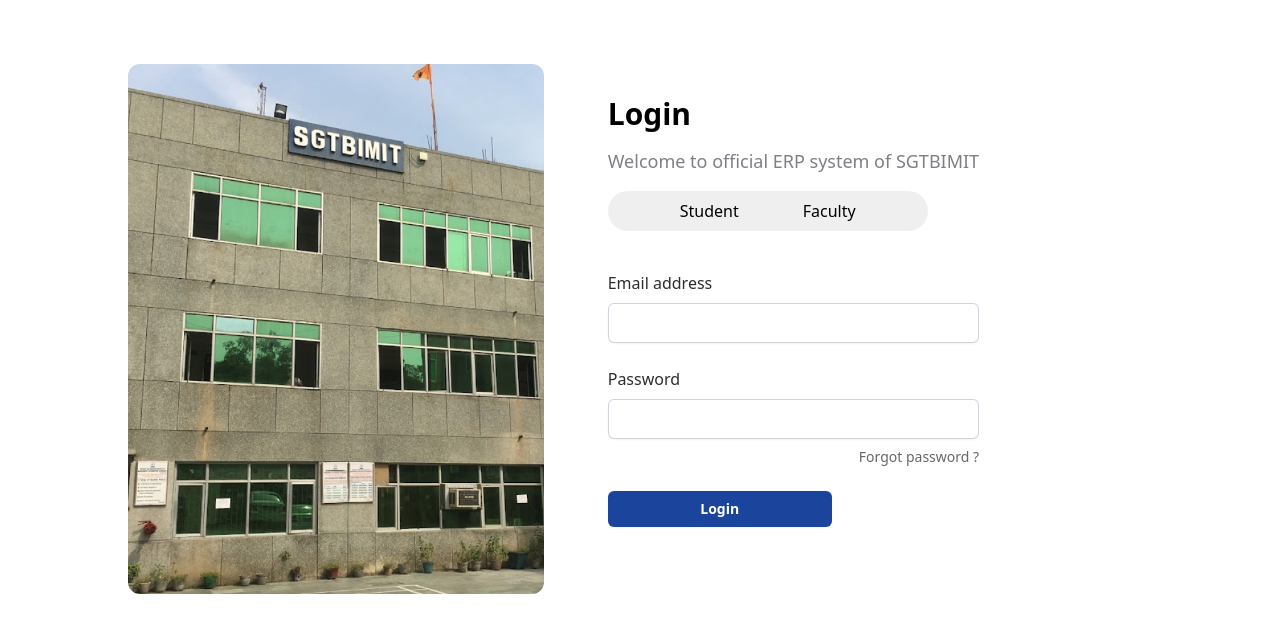
Repository: SehajBindra/SGTBIMIT-ERP-Client
Page: /StudentLogin
These files come from the project's save history. The page is drawn as it stood at one moment and after the next save; the edit follows.
The browser window is 1280 px wide. The pictures show the whole page.
The project was rebuilt for these pictures with package versions that can differ from the ones it lists, and the page was loaded fresh each time. Also part of the build but not shown: src/LOGIN/Login.js, src/LOGIN/FACULTY/FacultyLogin.js, src/STUDENT_PAGE/StuBody.js, src/STUDENT_PAGE/StuSidebar.js, src/STUDENT_PAGE/StuHeader.js, src/STUDENT_PAGE/StudentHome.js, src/FACULTY_PAGE/FacBody.js, src/FACULTY_PAGE/FacHeader.js and 2 more.

Above is the page before, as saved 2023-05-14 16:31:40.

After the next save:
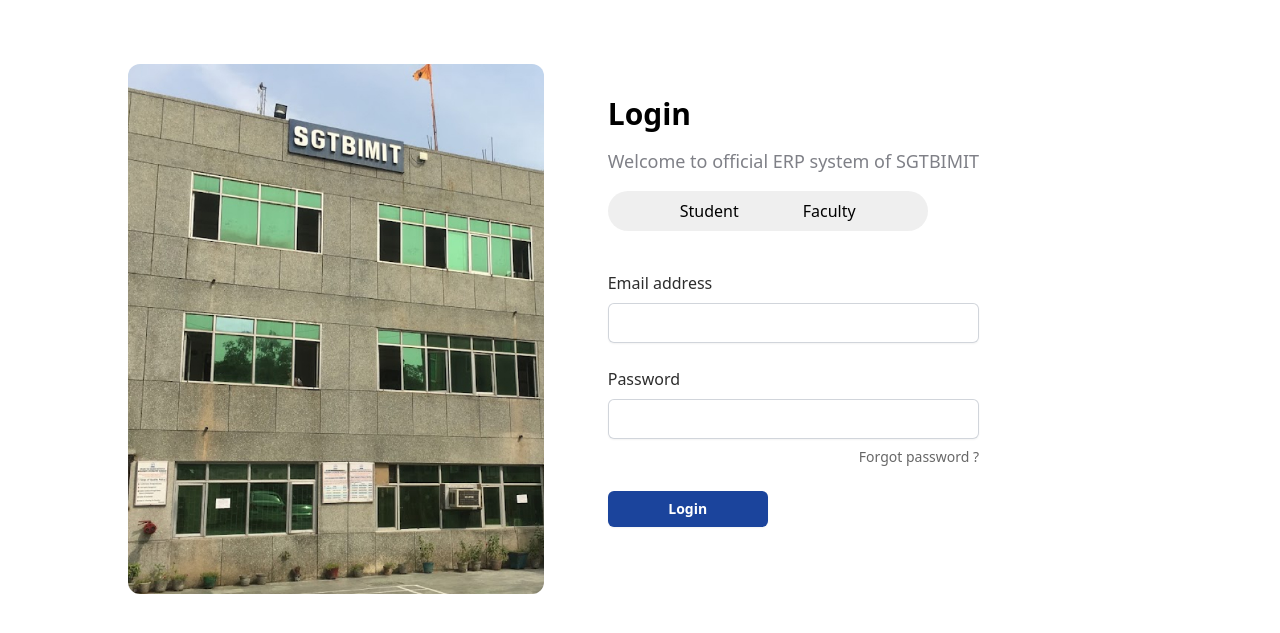
Saved 5 s later.
--- a/src/LOGIN/STUDENT/StudentLogin.js
+++ b/src/LOGIN/STUDENT/StudentLogin.js
@@ -90,7 +90,7 @@
               <div>
                 <button
                   type="submit"
-                  className="flex w-56 justify-center rounded-md bg-[#1B449C] px-3 py-1.5 text-sm font-semibold leading-6 text-white shadow-sm hover:bg-indigo-500 focus-visible:outline focus-visible:outline-2 focus-visible:outline-offset-2 focus-visible:outline-indigo-600"
+                  className="flex w-40 justify-center rounded-md bg-[#1B449C] px-3 py-1.5 text-sm font-semibold leading-6 text-white shadow-sm hover:bg-indigo-500 focus-visible:outline focus-visible:outline-2 focus-visible:outline-offset-2 focus-visible:outline-indigo-600"
                 >
                   Login
                 </button>
